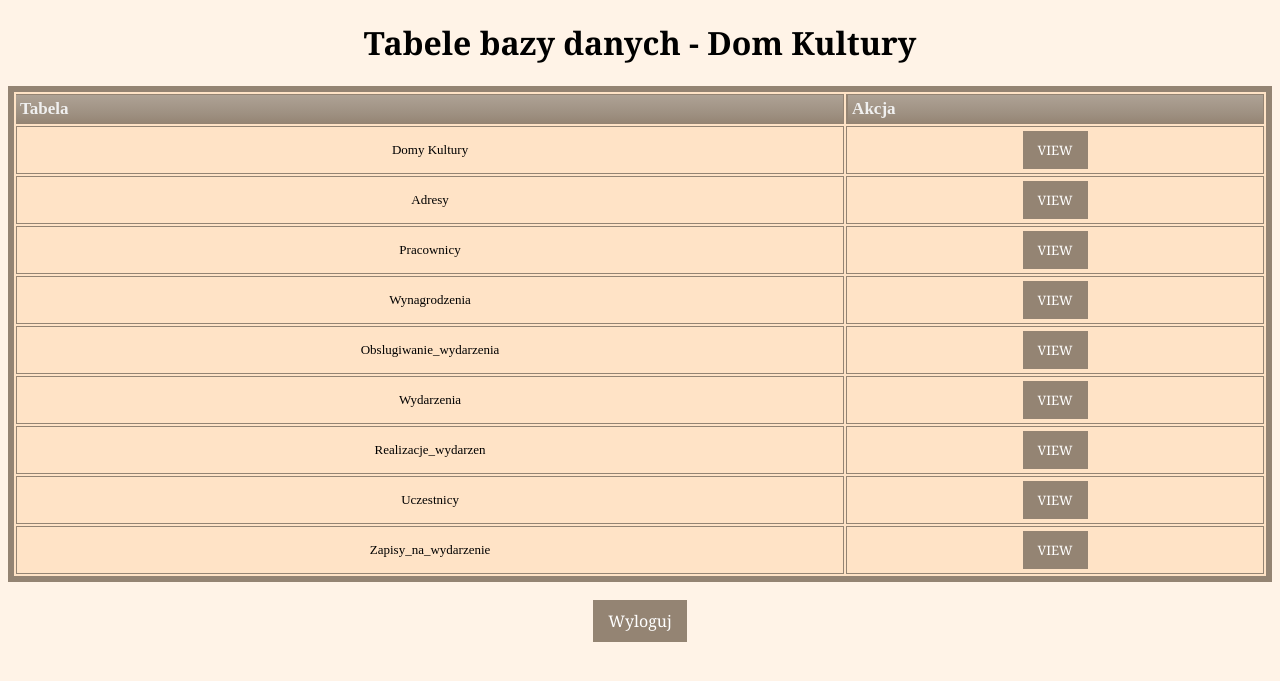
Repository: marcinRuta/houseOfCulture-crud-webapp-database
Page: http://localhost/tables
The author's editor kept a copy of each file at every save. The page is drawn from the files as they stood at one save, then again after the next save.
The browser window is 1280 px wide. The pictures show the whole page.
The page is this project's Thymeleaf template; nobody is signed in. The template is opened directly, without the code that normally fills it, so the values that code supplies are empty.

Above is the page before, as saved 2021-01-11 11:31:29.

After the next save:
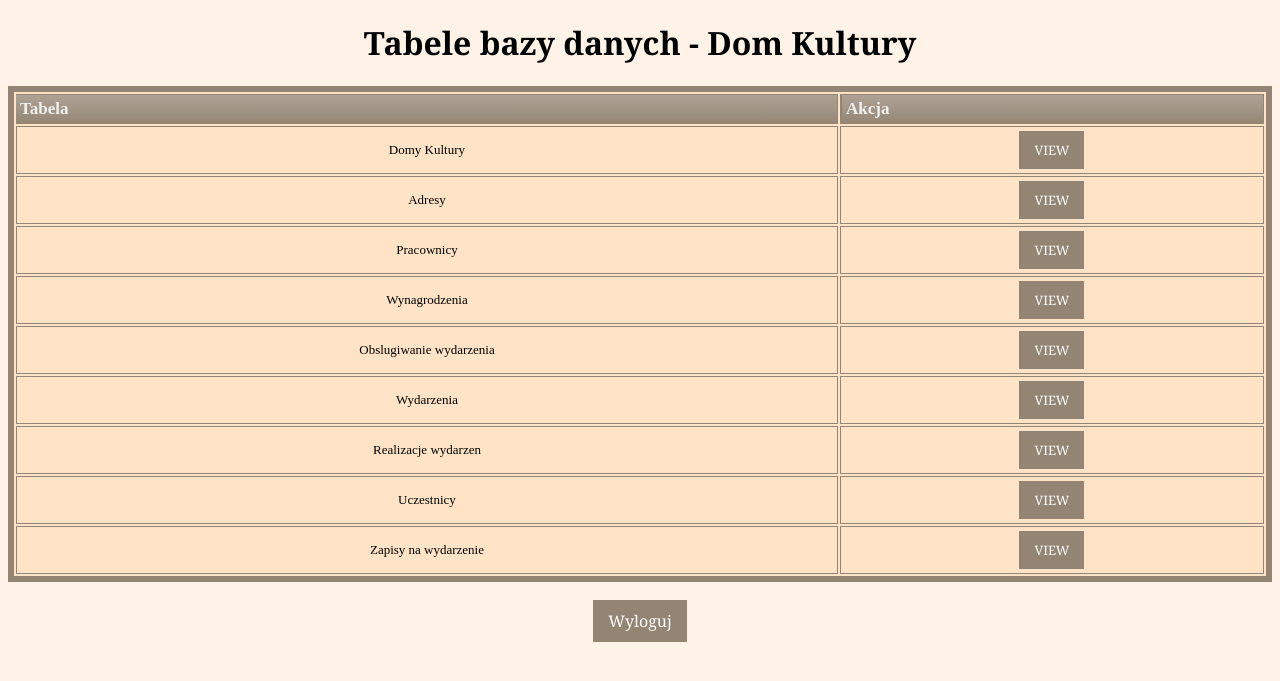
Saved 35 s later.
--- a/DomKultury/src/main/resources/templates/tables.html
+++ b/DomKultury/src/main/resources/templates/tables.html
@@ -42,7 +42,7 @@
 					<td><a href="/WYN">VIEW</a></td>
 				</tr>
 				<tr>
-					<td>Obslugiwanie_wydarzenia</td>
+					<td>Obslugiwanie wydarzenia</td>
 					<td><a href="/OW">VIEW</a></td>
 				</tr>
 				<tr>
@@ -50,7 +50,7 @@
 					<td><a href="/W">VIEW</a></td>
 				</tr>
 				<tr>
-					<td>Realizacje_wydarzen</td>
+					<td>Realizacje wydarzen</td>
 					<td><a href="/RW">VIEW</a></td>
 				</tr>
 				<tr>
@@ -58,7 +58,7 @@
 					<td><a href="/U">VIEW</a></td>
 				</tr>
 				<tr>
-					<td>Zapisy_na_wydarzenie</td>
+					<td>Zapisy na wydarzenie</td>
 					<td><a href="/ZNW">VIEW</a></td>
 				</tr>
 			</tbody>
